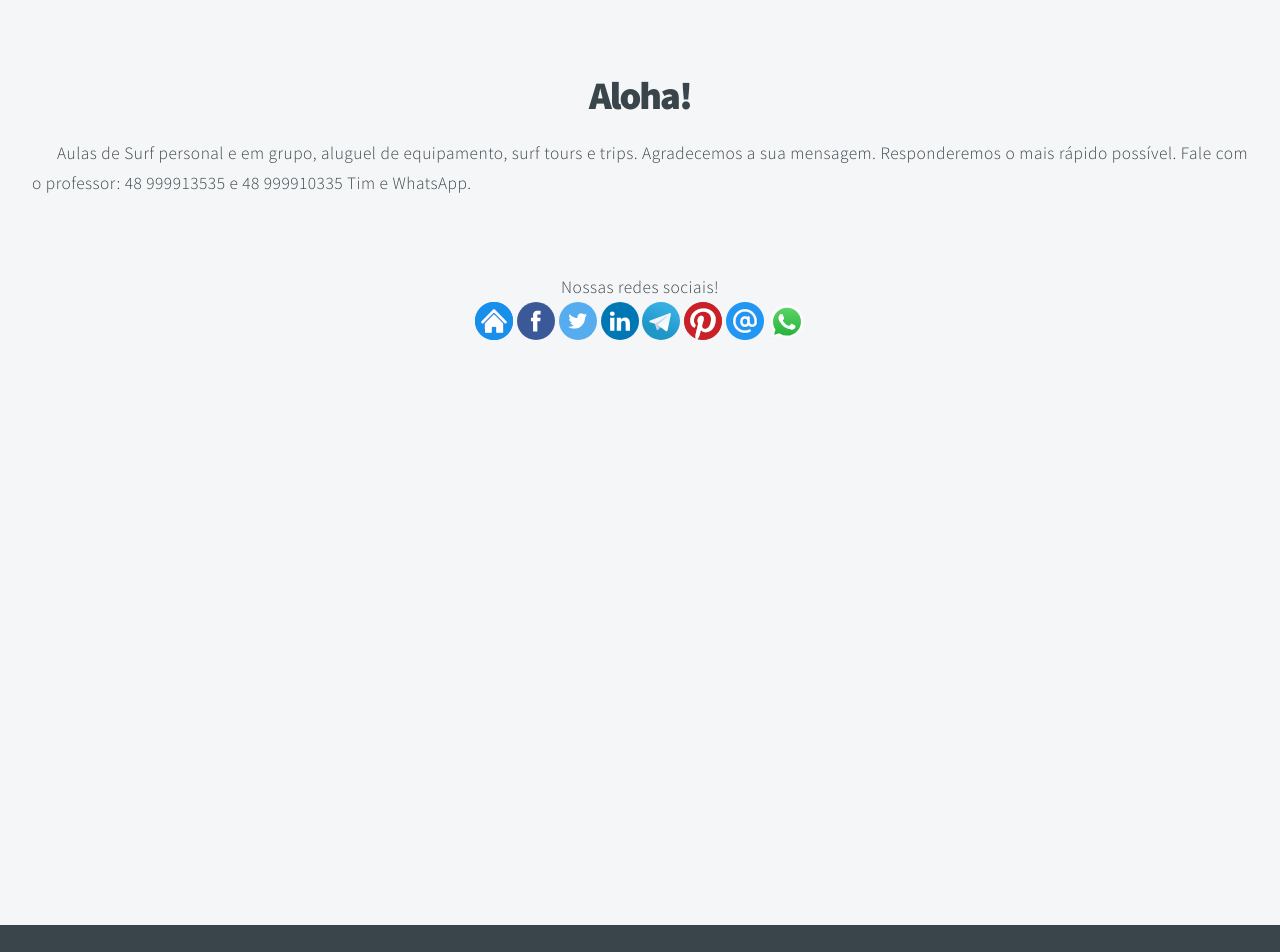
Repository: araguaci/supsocial
Page: index.html
The author's editor kept a copy of each file at every save. The page is drawn from the files as they stood at one save, then again after the next save.
The browser window is 1280 px wide. The pictures show the part of the page from y = 4893 to 5845 px (the page is 5967 px tall before and 5937 px after).
A picture or video elsewhere on the page could not be fetched, so the positions and the page height are approximate. Backgrounds fixed to the window are drawn as part of the page.

Above is the page before, as saved 2022-02-17 11:15:09.

After the next save:
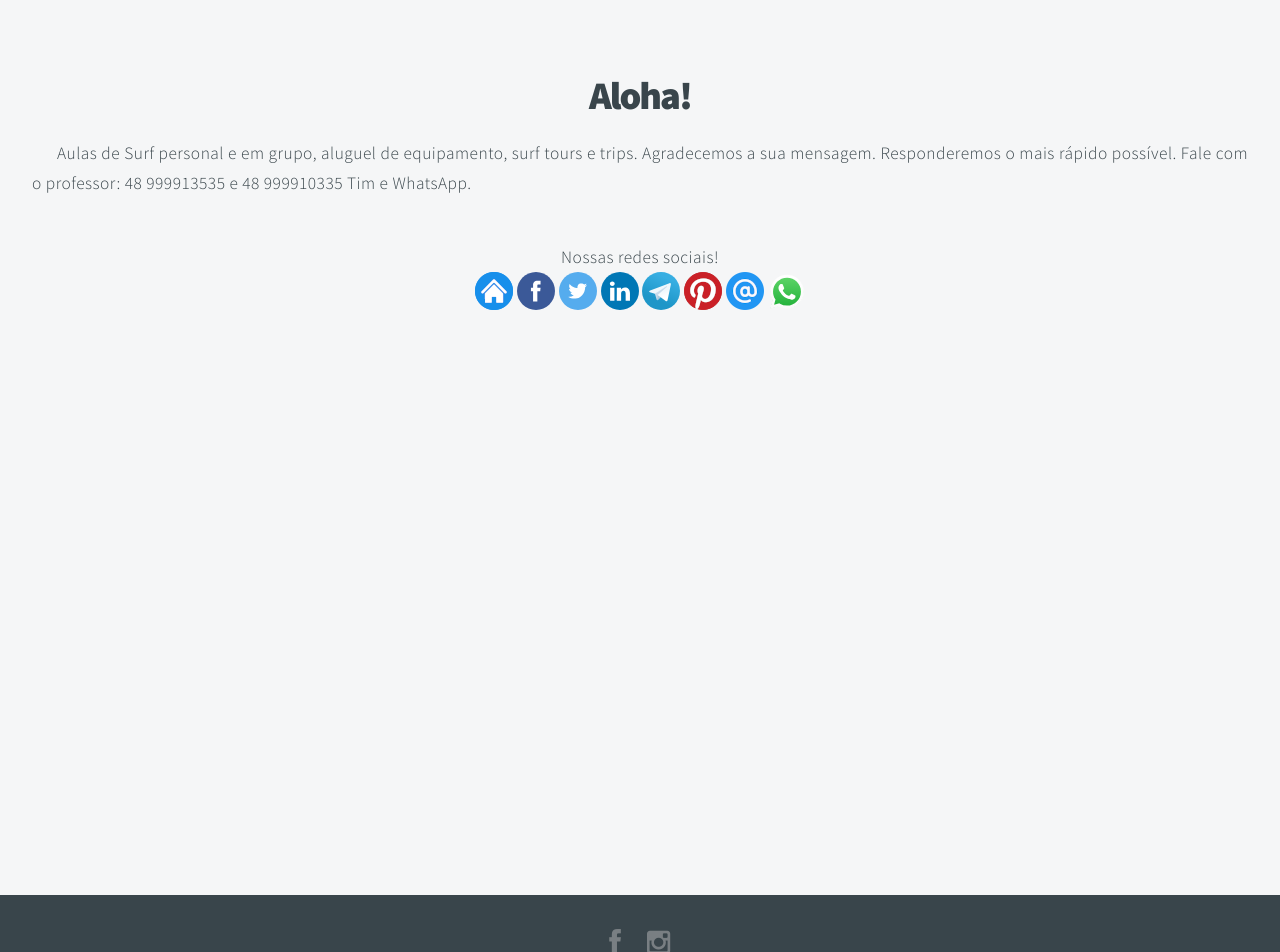
Saved 52 s later.
--- a/index.html
+++ b/index.html
@@ -225,7 +225,7 @@
 						Fale com o professor: 48 999913535 e 48 999910335 Tim e WhatsApp.</p>
 				</header>
 				<div class="share">
-					<br />Nossas redes sociais!
+					Nossas redes sociais!
 					<div class="c-base-share c-base-cheatsheet__network" data-balloon="Share
 						on Facebook" data-balloon-pos="up" data-balloon-type="mini">
 						<a title="Voltar ao Início"
